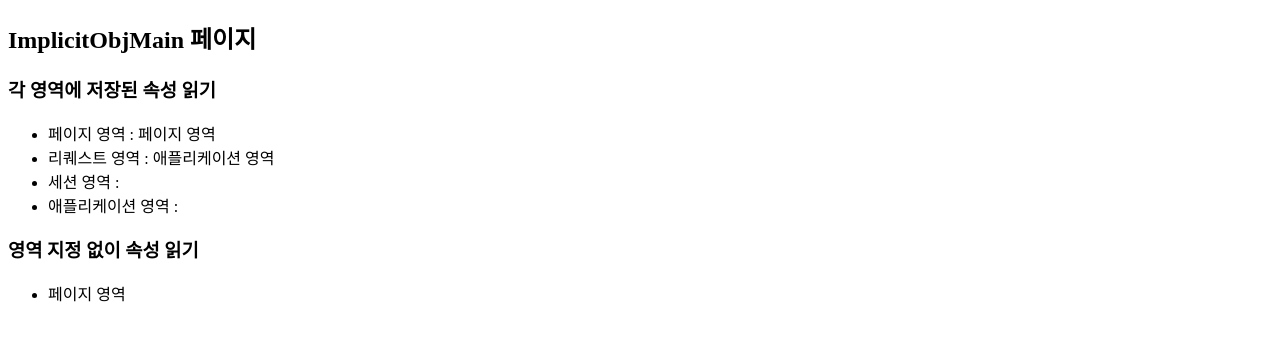
Repository: ssing365/JSPStudy
Page: http://localhost/JSPServlet/08EL/E01_ImplicitObjMain.jsp
An editor plug-in stored every save of this project. The page is shown before and after the next save, followed by the edit.
The browser window is 1280 px wide. The pictures show the whole page.
The page is served by Tomcat 10.

Above is the page before, as saved 2024-10-31 08:11:07.

After the next save:
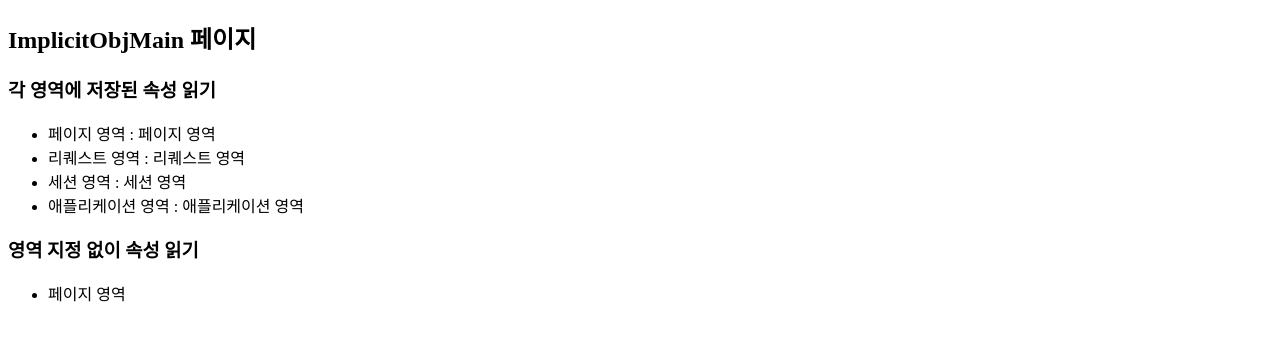
Saved 5 min 50 s later.
--- a/JSPServlet/src/main/webapp/08EL/E01_ImplicitObjMain.jsp
+++ b/JSPServlet/src/main/webapp/08EL/E01_ImplicitObjMain.jsp
@@ -1,10 +1,12 @@
 <%@ page language="java" contentType="text/html; charset=UTF-8"
 	pageEncoding="UTF-8"%>
 <%
+//4가지 영역에 같은 속성명(scopeValue)으로 각기 다른 값을 저장
+	//<!-- 영역들은 각 요청에 따라 새로 생기는게 아닌가? 바로 이렇게 속성을 set할수있나?  -->
 pageContext.setAttribute("scopeValue", "페이지 영역");
 request.setAttribute("scopeValue", "리퀘스트 영역");
-request.setAttribute("scopeValue", "세션 영역");
-request.setAttribute("scopeValue", "애플리케이션 영역");
+session.setAttribute("scopeValue", "세션 영역");
+application.setAttribute("scopeValue", "애플리케이션 영역");
 %>
 <!DOCTYPE html>
 <html>
@@ -14,6 +16,10 @@
 </head>
 <body>
 	<h2>ImplicitObjMain 페이지</h2>
+
+	<!--
+	4가지 영역에 접근할 때는 EL의 내장객체를 통해 값을 출력한다.
+	모두 동일한 패턴으로 "영역명Scope"와 같은 형태로 되어있다.	 -->
 	<h3>각 영역에 저장된 속성 읽기</h3>
 	<ul>
 		<li>페이지 영역 : ${ pageScope.scopeValue }</li>
@@ -21,6 +27,7 @@
 		<li>세션 영역 : ${ sessionScope.scopeValue }</li>
 		<li>애플리케이션 영역 : ${ applicationScope.scopeValue }</li>
 	</ul>
+
 
 	<h3>영역 지정 없이 속성 읽기</h3>
 	<ul>
